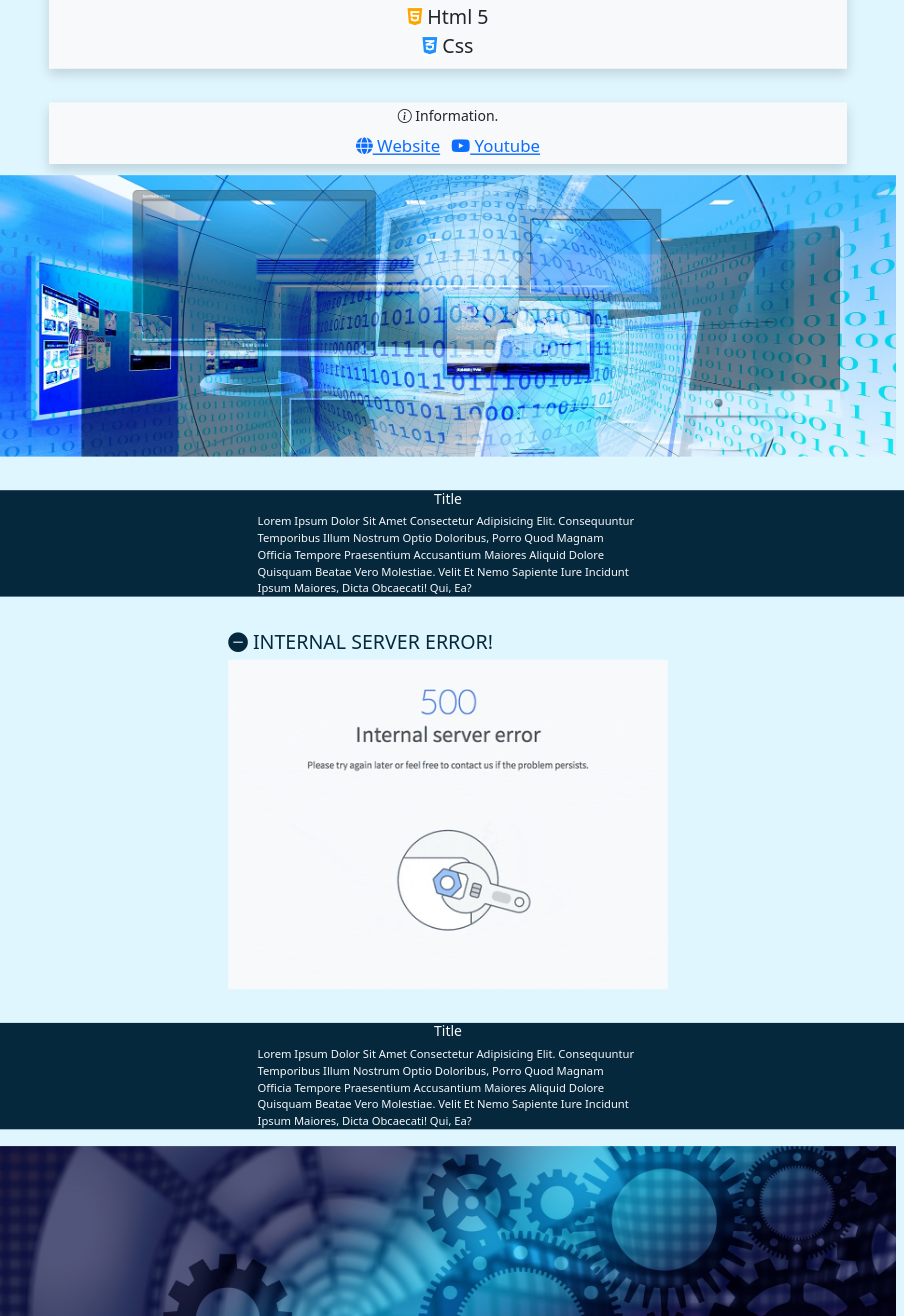
Repository: initer3737/initer3737.github.io
Page: index.html
An editor plug-in stored every save of this project. The page is shown before and after the next save, followed by the edit.
The browser window is 1280 px wide. The page is 1292 px wide, so the pictures cover 1292 px, including what lies to the right of the window. The pictures show the part of the page from y = 1116 to 2996 px (the page is 3951 px tall before and 4151 px after), at 70% of full size.
Some web libraries are served in a nearby version.

Above is the page before, as saved 2022-06-12 17:07:47.
Console error: TypeError: Cannot set properties of null (setting 'innerHTML')

### index.html
<!DOCTYPE html>
<html lang="en">
<head>
    <meta charset="UTF-8">
    <meta http-equiv="X-UA-Compatible" content="IE=edge">
    <meta name="viewport" content="width=device-width, initial-scale=1.0">
    <title>puthut wahyu aji</title>
    <link href="https://cdn.jsdelivr.net/npm/bootstrap@5.0.2/dist/css/bootstrap.min.css" rel="stylesheet" integrity="sha384-EVSTQN3/azprG1Anm3QDgpJLIm9Nao0Yz1ztcQTwFspd3yD65VohhpuuCOmLASjC" crossorigin="anonymous">
    <script src="https://kit.fontawesome.com/7bb1ae10af.js" crossorigin="anonymous"></script>
<!-- bootstrap icon -->
<link rel="stylesheet" href="https://cdn.jsdelivr.net/npm/bootstrap-icons@1.8.3/font/bootstrap-icons.css">

    <link rel="stylesheet" href="css/style.css">
</head>
<body class="bg-1">
    <header class=" bg-1">
         <img src="img/banner-982162_1920.jpg" alt="" class="img-fluid w-100" srcset="">
    </header>
    <div class="container bg-light shadow rounded  d-flex flex-column gap-4 justify-content-center align-content-center align-items-center p-2">
        <div class="row d-flex align-content-center align-items-center">
            <div class="col-12">
               <div class="bg-primary text-capitalize d-flex justify-content-start">
                <p id="fulldate" class="h4 text-light p-2"></p>
               </div>
            </div>
            <div class="col-10 col-md-5 col-lg-4">
               <div class="card shadow m-2 p-1 position-relative">
                <video src="img/Earth - 4788.mp4" loop muted autoplay class="w-100 rounded-pill py-5 px-2"></video>
                <div class="filter2"></div>
               </div>
            </div>
            <div class="col-10 col-md-9 col-lg-8">
               <h5 class="text-capitalize"><i class="bi bi-medium"></i> social media.</h5>
               <div class="d-flex flex-row align-content-center align-items-center gap-3">
                <div class="d-flex flex-column fs-4">
                    <a href="https://www.instagram.com/puthutwahyuaji/" target="_blank" class="text-capitalize"><i class="fa-brands fa-instagram"></i> instagram</a>
                    <!-- <a href="https://www.facebook.com/puthut.wahyuaji.94/" target="_blank" class="text-capitalize"><i class="fa-brands fa-facebook"></i> facebook</a>
                    <a href="https://twitter.com/puthut_wahkyu" target="_blank" class="text-capitalize"><i class="fa-brands fa-twitter"></i> twitter</a> -->
                    <!-- <a href="https://www.sololearn.com/profile/22926925" target="_blank" class="text-capitalize"><i class="fa-solid fa-globe"></i> sololearn</a> -->
                    <!-- <a href="https://www.duolingo.com/profile/PUTHUTWAHY" target="_blank" class="text-capitalize"><i class="fa-solid fa-globe"></i> duolingo</a> -->
                    <a href="https://github.com/initer3737" target="_blank" class="text-capitalize"><i class="fa-brands fa-github"></i> github</a>
                </div>
                <div class=""><a href="game.html" class="btn btn-outline-primary rounded-pill px-5 py-2"><i class="bi bi-controller"></i> Game</a></div>
            </div>
            </div>
        </div>
    </div>
    <!-- https://www.fiverr.com/share/lYqN8j -->
    <div class="container bg-light shadow mt-5 d-flex flex-column gap-1 justify-content-center align-content-center align-items-center p-2">
        <h5><i class="fa-solid fa-briefcase"></i> framework.</h5>
            <h3><i class="fa-brands fa-laravel text-danger"></i> laravel</h3>
            <h3><i class="fa-brands fa-bootstrap text-primary"></i> bootstrap 5</h3>
        </div>
    </div>

    <div class="container bg-light shadow mt-5 d-flex flex-column  justify-content-center align-content-center align-items-center p-2">
        <h5><i class="bi bi-code-slash"></i> language.</h5>
            <h3><i class="fa-brands fa-php php"></i> php</h3>
            <h3><i class="fa-brands fa-js-square javascript"></i> javascript</h3>
            <h3><i class="fa-solid fa-database mysql"></i> mysql</h3>
            <h3><i class="fa-brands fa-html5 html"></i> html 5</h3>
            <h3><i class="fa-brands fa-css3-alt css"></i> css</h3>
        </div>

        <!-- <div class="container bg-light shadow mt-5 d-flex flex-column  justify-content-center align-content-center align-items-center p-2">
            <h5 class="capitalize">Hire me on.</h5>
            <div class="d-flex flex-column fs-4">
                <a href="https://www.upwork.com/workwith/puthutwahyuaji" target="_blank"><i class="fa-solid fa-briefcase"></i> upwork.com</a>
                <a href="https://www.fiverr.com/share/lYqN8j" target="_blank"><i class="fa-solid fa-briefcase"></i> fiver.com</a>
            </div>
            </div> -->

    </div>

    <div class="container bg-light shadow mt-5 d-flex flex-column gap-1 justify-content-center align-content-center align-items-center p-2">
        <h5><i class="bi bi-info-circle"></i> information.</h5>
        <div class="fs-4 d-flex gap-3">
            <a href="https://initer3737.github.io/course/html/pages/course.html" target="_blank"><i class="fa-solid fa-globe"></i> website</a>
            <a href="https://www.youtube.com/channel/UClsfa0LkA3_YMsFjW1M__sw" target="_blank"><i class="fa-brands fa-youtube"></i> youtube</a>
        </div>
    </div>

    <footer class="mt-3 text-light">
       <div class="row">
        <div class="col-12">
            <img src="img/banner-909710_1920.jpg" class="img-fluid w-100" alt="">
           </div>
           <div class="col-12 mt-5 m-auto bg-4 text-light">
             <div class="text-center "><h5>title</h5></div>
             <div class="text-start  px-5 w-50 m-auto">
                Lorem ipsum dolor sit amet consectetur adipisicing elit. Consequuntur temporibus illum nostrum optio doloribus, porro quod magnam officia tempore praesentium accusantium maiores aliquid dolore quisquam beatae vero molestiae. Velit et nemo sapiente iure incidunt ipsum maiores, dicta obcaecati! Qui, ea?
             </div>
           </div>
           <div class="col-6 mt-5 m-auto">
            <div class="d-flex flex-row flex-wrap">
                <h3 class="color-4"><i class="bi bi-dash-circle-fill"></i> INTERNAL SERVER ERROR!</h3>
                <img src="img/giphy.gif" class="img-fluid w-100" alt="">
            </div>
           </div>
           <div class="col-12 mt-5 m-auto bg-4 text-light">
            <div class="text-center "><h5>title</h5></div>
            <div class="text-start  px-5 w-50 m-auto">
               Lorem ipsum dolor sit amet consectetur adipisicing elit. Consequuntur temporibus illum nostrum optio doloribus, porro quod magnam officia tempore praesentium accusantium maiores aliquid dolore quisquam beatae vero molestiae. Velit et nemo sapiente iure incidunt ipsum maiores, dicta obcaecati! Qui, ea?
            </div>
          </div>
           <div class="col-12 mt-4">
            <img src="img/gears-1311171_1920.jpg" class="img-fluid w-100" alt="">
           </div>
           <div class="col-12 mt-5 m-auto bg-4 text-light">
            <div class="text-center "><h5>title</h5></div>
            <div class="text-start  px-5 w-50 m-auto">
               Lorem ipsum dolor sit amet consectetur adipisicing elit. Consequuntur temporibus illum nostrum optio doloribus, porro quod magnam officia tempore praesentium accusantium maiores aliquid dolore quisquam beatae vero molestiae. Velit et nemo sapiente iure incidunt ipsum maiores, dicta obcaecati! Qui, ea?
            </div>
          </div>
           <div class="col-6 mt-5 m-auto">
            <div class="d-flex flex-row flex-wrap">
                <h3 class="color-4"><i class="bi bi-send-fill"></i> sending files!</h3>
                <img src="img/giphy (1).gif" class="img-fluid w-100" alt="">
            </div>
           </div>
           <div class="col-12 mt-5 m-auto bg-4 text-light mb-3">
            <div class="text-center "><h5>title</h5></div>
            <div class="text-start  px-5 w-50 m-auto">
               Lorem ipsum dolor sit amet consectetur adipisicing elit. Consequuntur temporibus illum nostrum optio doloribus, porro quod magnam officia tempore praesentium accusantium maiores aliquid dolore quisquam beatae vero molestiae. Velit et nemo sapiente iure incidunt ipsum maiores, dicta obcaecati! Qui, ea?
            </div>
          </div>
       </div>
    </footer>
    <script src="https://cdn.jsdelivr.net/npm/bootstrap@5.0.2/dist/js/bootstrap.bundle.min.js" integrity="sha384-MrcW6ZMFYlzcLA8Nl+NtUVF0sA7MsXsP1UyJoMp4YLEuNSfAP+JcXn/tWtIaxVXM" crossorigin="anonymous"></script>
</body>
</html>

<script>
    function Years() {
        $date=new Date();
        let t=document.getElementById('year');
        t.innerHTML=`${$date.getFullYear()} - ${$date.getFullYear()+5}`;
    }
    function Jam(){
        let T=document.getElementById('jam');
        let time=new Date();let hour;let minuets;let second;let statusTime;
        hour=validateTime(time.getHours());minuets=validateTime(time.getMinutes());second=validateTime(time.getSeconds());statusTime=()=>{
            if(hour > 00 &&hour < 11 ){
                status="pagi";
            }else if(hour >11 && hour < 15){
                status="siang";
            }else if(hour > 15 && hour < 18 ){
                status="sore";
            }else{
                status="malam";
            }

            return status;
        };
        T.innerHTML=`${hour}:${minuets}:${second} : ${statusTime()}`;
        setTimeout('Jam()',1000);
    }
    function Tanggal(){
        let t=document.getElementById("fulldate");
        let time=new Date();
        let hari;let bulan;let tanggal;let tahun;let hariAngka=time.getDate();
        tahun=time.getFullYear();bulan=time.getMonth();hari=time.getDay();
        let data={
            hari:["minggu","senin","selasa","rabu","kamis","jum'at","sabtu"],
            bulan:["januari","february","maret","april","mei","juni","juli","agustus","september","oktober","november","desember"]
        };
         t.innerHTML=`${data.hari[hari]}  ${hariAngka}  ${data.bulan[bulan]}  ${tahun}`;
    }
    const validateTime=(T)=>T<10 ?'0'+T:T;

    const initialize=()=>{
                Tanggal();
                Years();
                Jam();
            }

            initialize();
</script>

### css/style.css
*{
    text-transform: capitalize;
   cursor: url(https://ani.cursors-4u.net/cursors/cur-13/cur1162.ani), url(https://ani.cursors-4u.net/cursors/cur-13/cur1162.png), auto !important;
}
body{
    cursor: url('img/cursor.jpeg'),auto;
    /* background-color: #ddd; */
}
a:hover{
    transition:ease-in-out 0.5s;
    color: blueviolet;
    text-decoration: none;
}
.css{
    color: dodgerblue;
    background-color:white ;
}
.html{
    color: orange;
    background-color: white;
}
.mysql{
    background-color:white ;
    color: blue;
}
.javascript{
    background-color:rgb(51, 51, 9) ;
    color: yellow;
}
.php{
    background-color:indigo ;
    color: white;
}
header{
    /* height: 90vh; */
    display: flex;
    align-items: center;
    align-content: center;
    justify-content: center;
}
.filter{
    background-color: dodgerblue;
    opacity: 0.6;
    height: 100%;
    top: 0;
    width: 100%;
    position: absolute;
}
.text-container{
    z-index: 999;
}
.card:hover{
    /* border-color: dodgerblue; */
    background-color: dodgerblue;
    transform: perspective(12px);
    cursor: pointer;
}
.gambar{
    background-image: #000;
}

/*color pallete*/
.color-1{
    color:#DFF6FF;
}
.bg-1{
    background-color:#DFF6FF;
}

.color-2{
    color:#47B5FF;
}
.bg-2{
    background-color:#47B5FF;
}

.color-3{
    color:#1363DF;
}
.bg-3{
    background-color:#1363DF;
}

.color-4{
    color:#06283D;
}
.bg-4{
    background-color:#06283D;
}

After the next save:
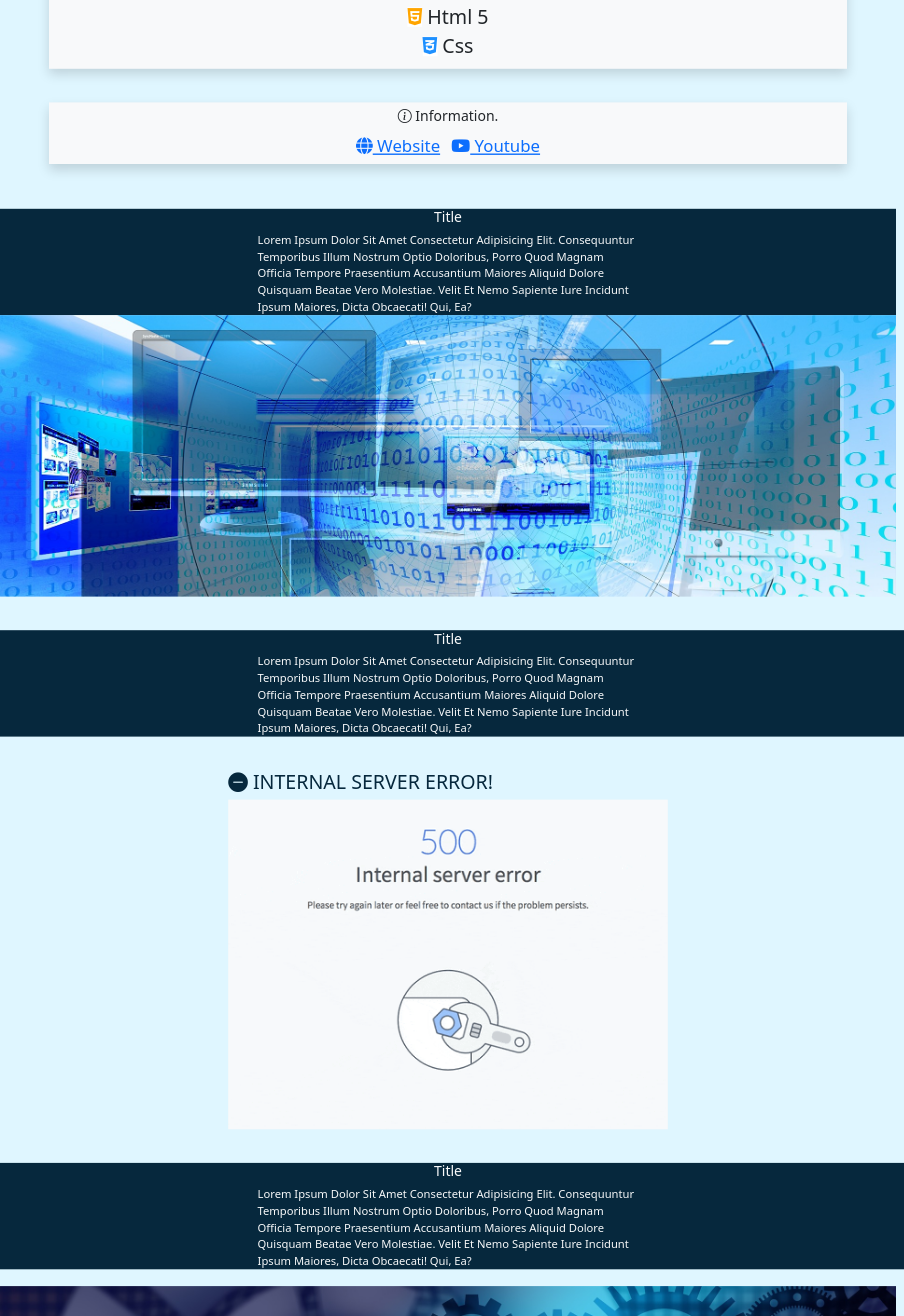
Saved 21 s later.
--- a/index.html
+++ b/index.html
@@ -83,6 +83,12 @@
     <footer class="mt-3 text-light">
        <div class="row">
         <div class="col-12">
+            <div class="col-12 mt-5 m-auto bg-4 text-light">
+                <div class="text-center "><h5>title</h5></div>
+                <div class="text-start  px-5 w-50 m-auto">
+                   Lorem ipsum dolor sit amet consectetur adipisicing elit. Consequuntur temporibus illum nostrum optio doloribus, porro quod magnam officia tempore praesentium accusantium maiores aliquid dolore quisquam beatae vero molestiae. Velit et nemo sapiente iure incidunt ipsum maiores, dicta obcaecati! Qui, ea?
+                </div>
+              </div>
             <img src="img/banner-909710_1920.jpg" class="img-fluid w-100" alt="">
            </div>
            <div class="col-12 mt-5 m-auto bg-4 text-light">
